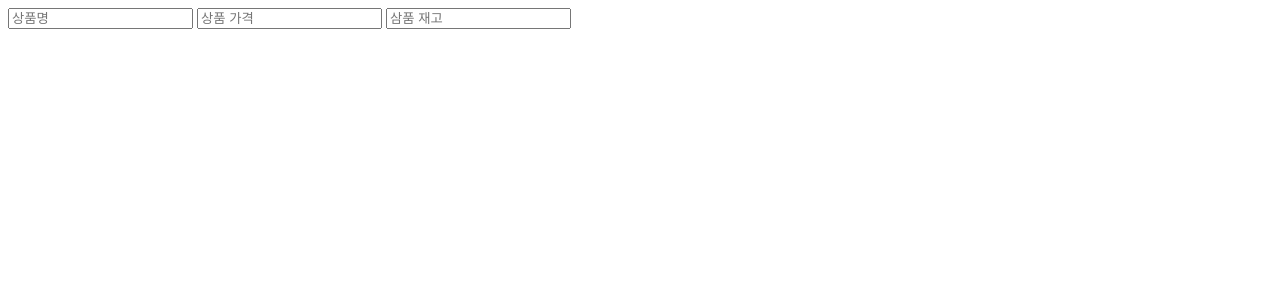
Repository: jiihyun12/jsp_study
Page: http://localhost/mybatis/write.jsp
An editor plug-in stored every save of this project. The page is shown before and after the next save, followed by the edit.
The browser window is 1280 px wide. The pictures show the whole page.
The page is served by Tomcat 9.

Above is the page before, as saved 2025-03-05 06:17:22.

After the next save:
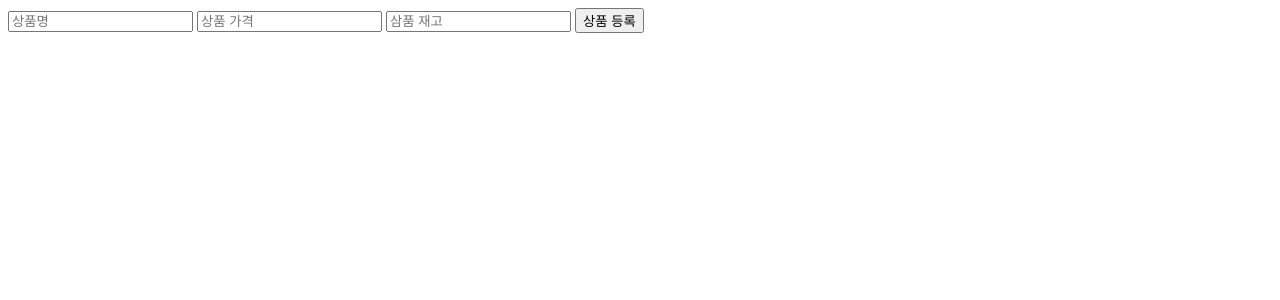
Saved 15 s later.
--- a/mybatis/src/main/webapp/write.jsp
+++ b/mybatis/src/main/webapp/write.jsp
@@ -17,6 +17,7 @@
 		<label>
 			<input type= "text" name="productStock" placeholder="삼품 재고">
 		</label>
+		<button>상품 등록</button>
 	</form>
 </body>
 </html>
